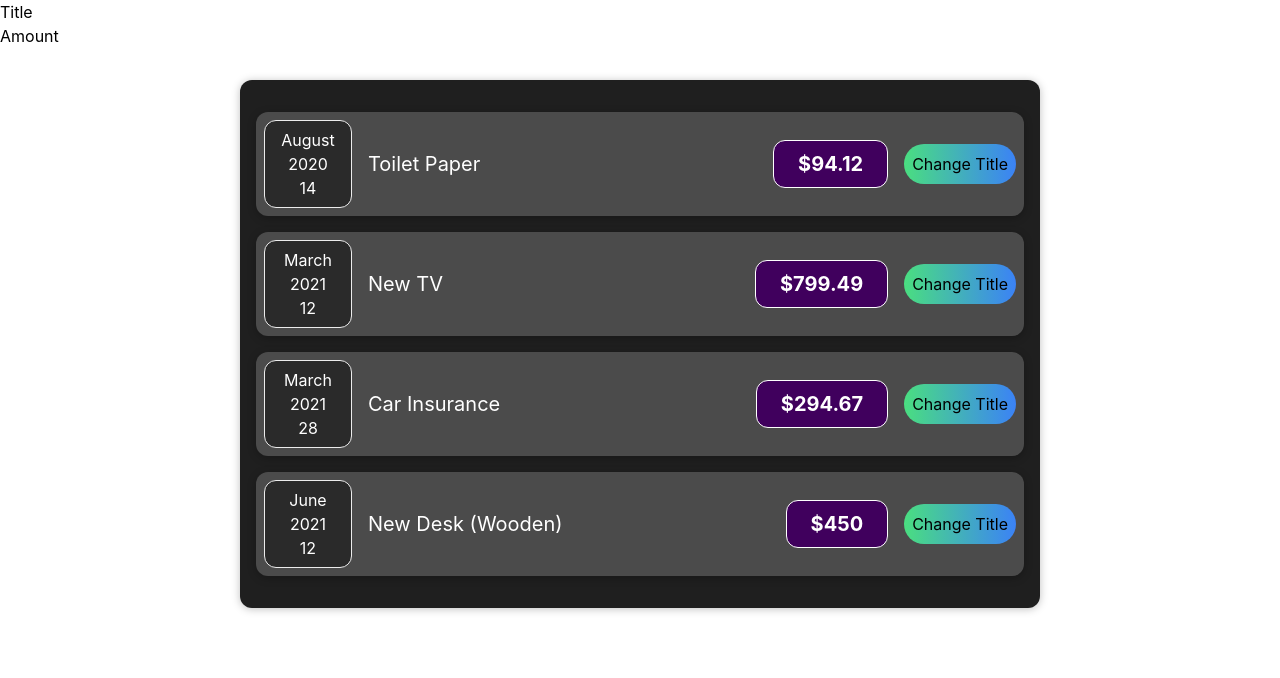
Repository: Sef24/expense-tracker
Page: /
The author's editor kept a copy of each file at every save. The page is drawn from the files as they stood at one save, then again after the next save.
The browser window is 1280 px wide. The pictures show the whole page.
The project was rebuilt for these pictures with package versions that can differ from the ones it lists, and the page was loaded fresh each time. Also part of the build but not shown: src/components/NewExpense/NewExpense.css, src/components/NewExpense/ExpenseForm.css.

Above is the page before, as saved 2022-04-24 21:18:58.

After the next save:
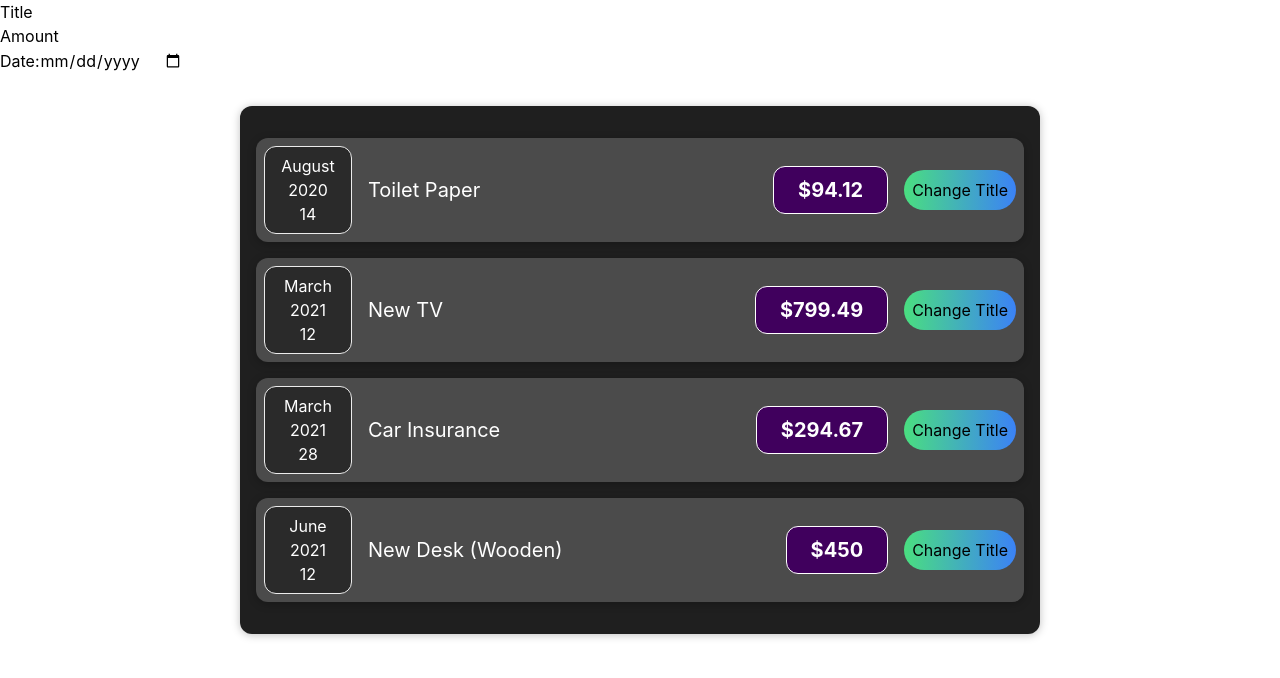
Saved 22 s later.
--- a/src/components/NewExpense/ExpenseForm.js
+++ b/src/components/NewExpense/ExpenseForm.js
@@ -16,7 +16,8 @@ function ExpenseForm() {
         </div>
 
         <div>
-          <label></label>
+          <label>Date:</label>
+          <input type="date" />
         </div>
       </div>
     </form>
